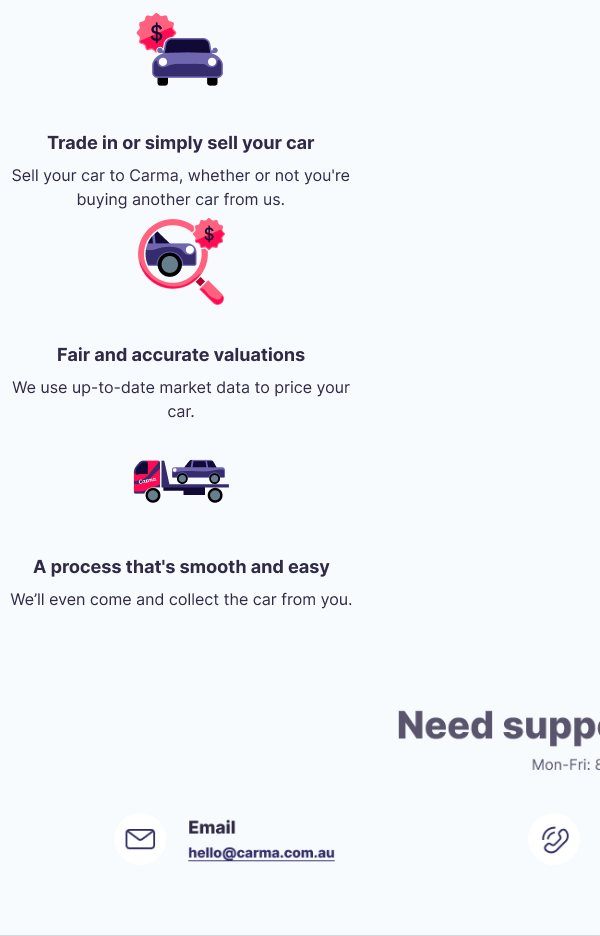
Repository: KHANas02/project
Page: index.html
An editor plug-in stored every save of this project. The page is shown before and after the next save, followed by the edit.
The browser window is 600 px wide. The pictures show the part of the page from y = 500 to 1436 px (the page is 1436 px tall before and 1136 px after).

Above is the page before, as saved 2024-03-31 21:43:55.

After the next save:
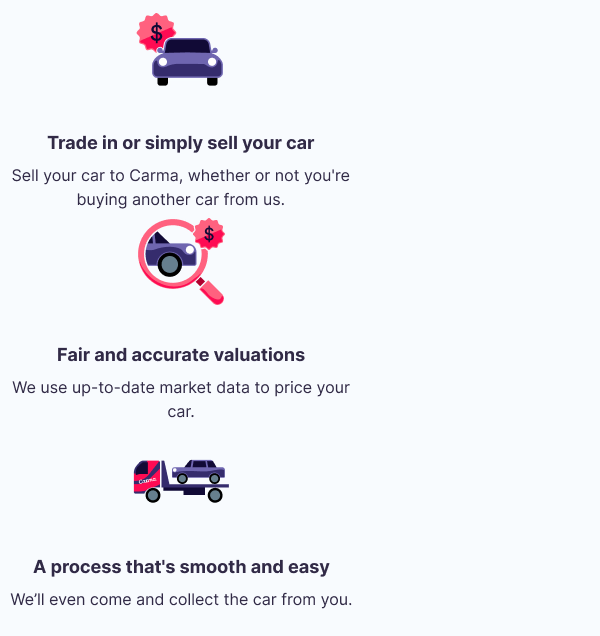
Saved 8 s later.
--- a/media.css
+++ b/media.css
@@ -10,7 +10,7 @@
   }
   .footer {
     width: 100%;
-    height: 300px;
+    height: 00px;
 
     background-image: url(footer2.png);
     background-repeat: no-repeat;
